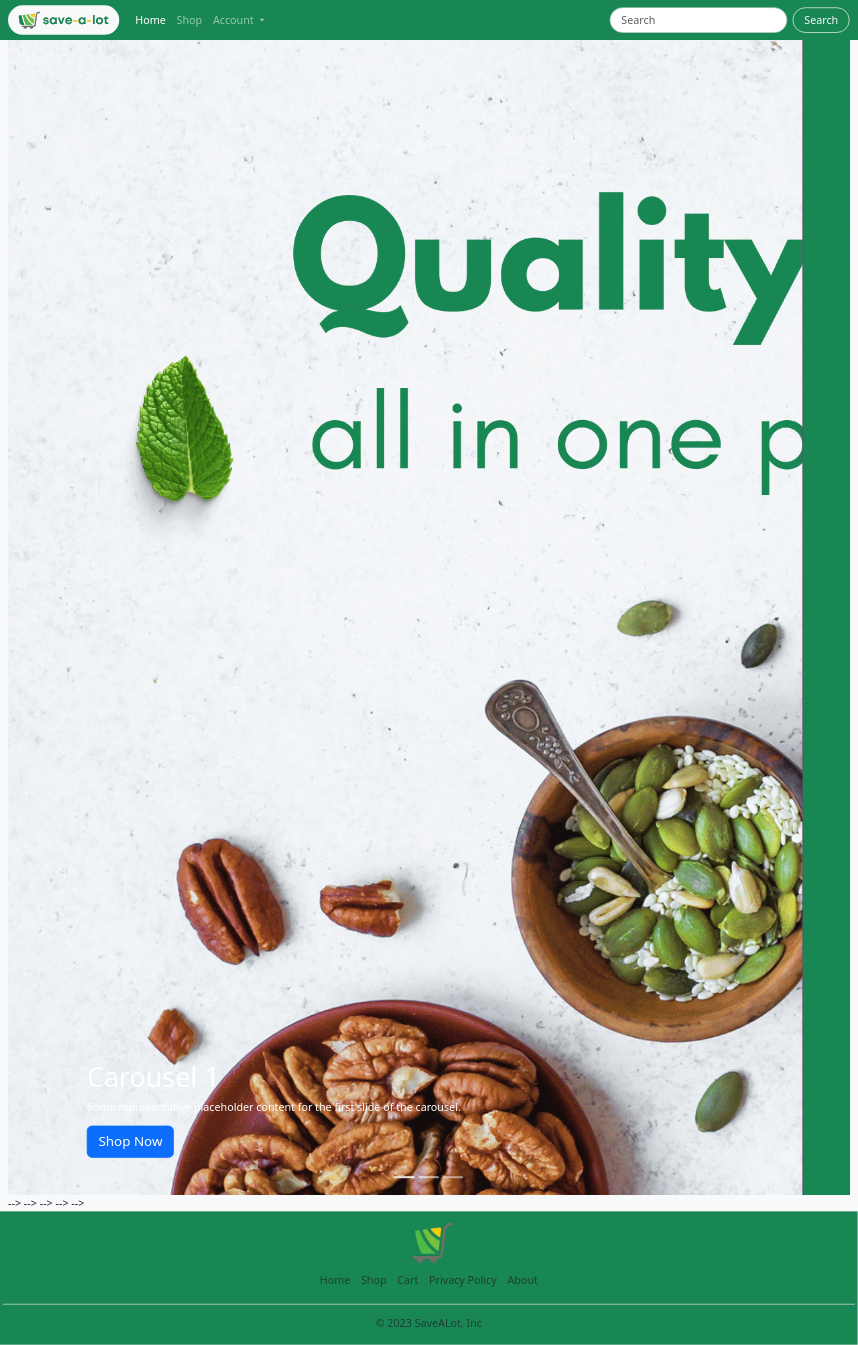
Repository: bill071194/savealot
Page: savealot/resources/views/index.blade.php
The author's editor kept a record of every edit. The page is drawn from the files as they stood at one moment, then again after the next edit.
The browser window is 1280 px wide. The pictures show the whole page, at 67% of full size.
The page is served by the project's Laravel application, run on PHP 8.4 with Laravel 10. Other server files are loaded and not shown. The template is opened directly, without the code that normally fills it, so the values that code supplies are empty.

Above is the page before.

### savealot/routes/web.php
<?php

use Illuminate\Support\Facades\Route;
use App\Http\Controllers\Auth\LoginController;
use App\Http\Controllers\Auth\RegisterController;
use App\Http\Controllers\InventoryController;
use App\Http\Controllers\OrderController;

/*
|--------------------------------------------------------------------------
| Web Routes
|--------------------------------------------------------------------------
|
| Here is where you can register web routes for your application. These
| routes are loaded by the RouteServiceProvider and all of them will
| be assigned to the "web" middleware group. Make something great!
|
*/

// Adding more default view in //
// Route::view('/index', 'index');
Route::view('/shop', 'shop');
Route::view('/login', 'login');
Route::view('/register', 'register');
// Route::view('/cart', 'cart');
Route::view('/admin', 'admin');
// Route::get('/{page}', function (string $page) {
//     return view("$page");
// });
// These might all be phased out later //



// Route::get('/', function () {
//     return view('index.html');
// });

// Route::get('/', function () {
//     return view('index');
// });

Auth::routes();

Route::get('/home', [App\Http\Controllers\HomeController::class, 'index'])->name('home');

// Route::resource('inventory',InventoryController::class)
//     ->only(['index']);

// Route::get('/inventory', [App\Http\Controllers\InventoryController::class, 'index']);
// Route::get('/inventory/{id}', [App\Http\Controllers\InventoryController::class, 'show']);
Route::get('/shop', [App\Http\Controllers\InventoryController::class, 'shop']);


Route::controller(InventoryController::class)->group(function () {
    Route::get('/', 'homepage');
    Route::get('/index', 'homepage');
    Route::get('/inventory', 'index');
    Route::get('/inventory/create', 'create');
    Route::post('/inventory/create', 'store');
    Route::get('/inventory/{id}', 'edit');
    Route::post('/inventory/{id}', 'update');
    Route::post('/inventory/{id}/destroy', 'destroy');
    Route::get('/shop/{id}', 'show');
    Route::post('/shop/{id}/addToCart', 'addToCart');
    Route::post('/shop/{id}/removeFromCart', 'removeFromCart');
    Route::get('/search', 'search');
    Route::get('/cart', 'cart');
    Route::post('/emptyCart', 'emptyCart');
});

Route::controller(OrderController::class)->group(function () {
   Route::post('/cart/checkout', 'checkOut');
});

### savealot/resources/views/layouts/base1b.blade.php
<!DOCTYPE html>
<html lang="en">
<head>
	<title>@yield('title')</title>
	<meta charset="utf-8">
	<meta name="viewport" content="width=device-width, initial-scale=1">
	<!-- CSRF Token -->
    <meta name="csrf-token" content="{{ csrf_token() }}">
	{{-- <link rel="stylesheet" href="https://cdn.jsdelivr.net/npm/bootstrap@5.3.0-alpha1/dist/css/bootstrap.min.css"> --}}
	<link rel="stylesheet" href="bootstrap.css">
	<!-- <link rel="stylesheet" href="https://cdn.jsdelivr.net/npm/bootstrap-icons@1.10.3/font/bootstrap-icons.css"> -->
	<link href="/docs/5.3/dist/css/bootstrap.min.css" rel="stylesheet" integrity="sha384-KK94CHFLLe+nY2dmCWGMq91rCGa5gtU4mk92HdvYe+M/SXH301p5ILy+dN9+nJOZ" crossorigin="anonymous">
    <link rel="canonical" href="https://getbootstrap.com/docs/5.3/examples/carousel/">
    <!-- Favicons -->
    <link rel="apple-touch-icon" href="/docs/5.3/assets/img/favicons/apple-touch-icon.png" sizes="180x180">
    <link rel="icon" href="/docs/5.3/assets/img/favicons/favicon-32x32.png" sizes="32x32" type="image/png">
    <link rel="icon" href="/docs/5.3/assets/img/favicons/favicon-16x16.png" sizes="16x16" type="image/png">
    <link rel="manifest" href="/docs/5.3/assets/img/favicons/manifest.json">
    <link rel="mask-icon" href="/docs/5.3/assets/img/favicons/safari-pinned-tab.svg" color="#712cf9">
    <link rel="icon" href="/docs/5.3/assets/img/favicons/favicon.ico">
    <meta name="theme-color" content="#712cf9">


    <style>
        .center {
        display: block;
        margin-left: auto;
        margin-right: auto;
        width: 100%;
        }

      @media (min-width: 768px) {
        .bd-placeholder-img-lg {
          font-size: 3.5rem;
        }
      }

      .b-example-divider {
        width: 100%;
        height: 3rem;
        background-color: rgba(0, 0, 0, .1);
        border: solid rgba(0, 0, 0, .15);
        border-width: 1px 0;
        box-shadow: inset 0 .5em 1.5em rgba(0, 0, 0, .1), inset 0 .125em .5em rgba(0, 0, 0, .15);
      }

      .b-example-vr {
        flex-shrink: 0;
        width: 1.5rem;
        height: 100vh;
      }

      .bi {
        vertical-align: -.125em;
        fill: currentColor;
      }

      .nav-scroller {
        position: relative;
        z-index: 2;
        height: 2.75rem;
        overflow-y: hidden;
      }

      .nav-scroller .nav {
        display: flex;
        flex-wrap: nowrap;
        padding-bottom: 1rem;
        margin-top: -1px;
        overflow-x: auto;
        text-align: center;
        white-space: nowrap;
        -webkit-overflow-scrolling: touch;
      }

      .btn-bd-primary {
        --bd-violet-bg: #712cf9;
        --bd-violet-rgb: 112.520718, 44.062154, 249.437846;

        --bs-btn-font-weight: 600;
        --bs-btn-color: var(--bs-white);
        --bs-btn-bg: var(--bd-violet-bg);
        --bs-btn-border-color: var(--bd-violet-bg);
        --bs-btn-hover-color: var(--bs-white);
        --bs-btn-hover-bg: #6528e0;
        --bs-btn-hover-border-color: #6528e0;
        --bs-btn-focus-shadow-rgb: var(--bd-violet-rgb);
        --bs-btn-active-color: var(--bs-btn-hover-color);
        --bs-btn-active-bg: #5a23c8;
        --bs-btn-active-border-color: #5a23c8;
      }

      .bd-mode-toggle {
        z-index: 1500;
      }
    </style>

    <!-- Custom styles for this template -->
    <link href="carousel.css" rel="stylesheet">
	<script src="https://cdn.jsdelivr.net/npm/bootstrap@5.3.0-alpha1/dist/js/bootstrap.bundle.min.js"></script>
	<script src="/docs/5.3/assets/js/color-modes.js"></script>
</head>

<body class="min-vh-100 d-flex flex-column bg-light bg-gradient">
	<nav class="navbar navbar-expand-sm navbar-dark bg-success fixed-top">
		<div class="container-fluid align-middle">
			<a class="navbar-brand badge text-bg-light text-success fs-5 rounded-5" href="index">
			    <img src="pics/savealot_full.png" alt="savealot_logo" style="width:140px;height:30px;">
			</a>
            <button class="navbar-toggler" type="button" data-bs-toggle="collapse" data-bs-target="#navbarSupportedContent" aria-controls="navbarSupportedContent" aria-expanded="false" aria-label="Toggle navigation">
                <span class="navbar-toggler-icon"></span>
			</button>
			<div class="collapse navbar-collapse" id="navbarSupportedContent">
                <ul class="navbar-nav me-auto">
                    <li class="nav-item">
                        <a class="nav-link @yield('activeHome')" aria-current="page" href="index">Home</a>
                    </li>
                    <li class="nav-item">
                        <a class="nav-link @yield('activeShop')" href="shop">Shop</a>
                    </li>
                    <li class="nav-item dropdown">
                        <a class="nav-link dropdown-toggle" href="#" role="button" data-bs-toggle="dropdown" aria-expanded="false">
                            @auth
                                {{Auth::user()->name}}
                            @endauth
                            @guest
                                Account
                            @endguest
                        </a>
                        <ul class="dropdown-menu mb-2">
                            @auth
                                <a class="dropdown-item" href="{{ route('logout') }}"
                                onclick="event.preventDefault();
                                document.getElementById('logout-form').submit();">
                                    {{ __('Logout') }}
                                </a>
                                <form id="logout-form" action="{{ route('logout') }}" method="POST" class="d-none">
                                    @csrf
                                </form>
                            @endauth
                            @guest
                                <li><a class="dropdown-item @yield('activeLogin')" href="/login">Login</a></li>
                                <li><a class="dropdown-item @yield('activeRegister')" href="/register">Register</a></li>
                            @endguest
                            <li><hr class="dropdown-divider"></li>
                            <li><a class="dropdown-item @yield('activeCart')" href="/cart">Cart</a></li>
                            @isset(Auth::user()->email)
                                <li><a class="dropdown-item @yield('activeOrderHistory')" href="/orderhistory">Order History</a></li>
                                @if (Auth::user()->email == "saladmin@localhost")
                                    <li><a class="dropdown-item @yield('activeAdmin')" href="/admin">Admin</a></li>
                                @endif
                            @endisset
                        </ul>
                    </li>
                </ul>
				<form class="d-flex" action="/search" method="get" role="search">
                    <input class="form-control me-2 rounded-5 px-3" type="search" name="search" placeholder="Search" aria-label="Search">
                    <input class="btn btn-outline-light rounded-5 px-3" type="submit" value="Search">
				</form>
			</div>
		</div>
	</nav>

	<main style="margin-top: 3.5rem" class="container-fluid flex-grow-1">
		@yield('main')
	</main>

<footer class="container-fluid p-1 bg-success text-center">
		<div style="margin-top: 0.5rem"></div>
		<img src="pics/savealot_cart.png" alt="savealot_logo" style="width:80px;height:70px;">
        <ul class="nav justify-content-center border-bottom pb-3 mb-3">
          <li class="nav-item">
            <a href="home" class="nav-link px-2 text-body-secondary">Home</a>
          </li>
          <li class="nav-item">
            <a href="shop" class="nav-link px-2 text-body-secondary">Shop</a>
          </li>
          <li class="nav-item">
            <a href="cart" class="nav-link px-2 text-body-secondary">Cart</a>
          </li>
          <li class="nav-item">
            <a href="privacy" class="nav-link px-2 text-body-secondary"
              >Privacy Policy</a>
          </li>
          <li class="nav-item">
            <a href="#" class="nav-link px-2 text-body-secondary">About</a>
          </li>
        </ul>
        <p class="text-center text-body-secondary">© 2023 SaveALot, Inc</p>
    </div>
	</footer>

</body>
</html>

Loaded but not shown: savealot/app/Http/Controllers/Auth/ConfirmPasswordController.php (common file); savealot/app/Http/Controllers/Controller.php (common file); savealot/public/bootstrap.css (library); savealot/resources/views/index.blade.php (128 lines, source omitted)

After the next edit:
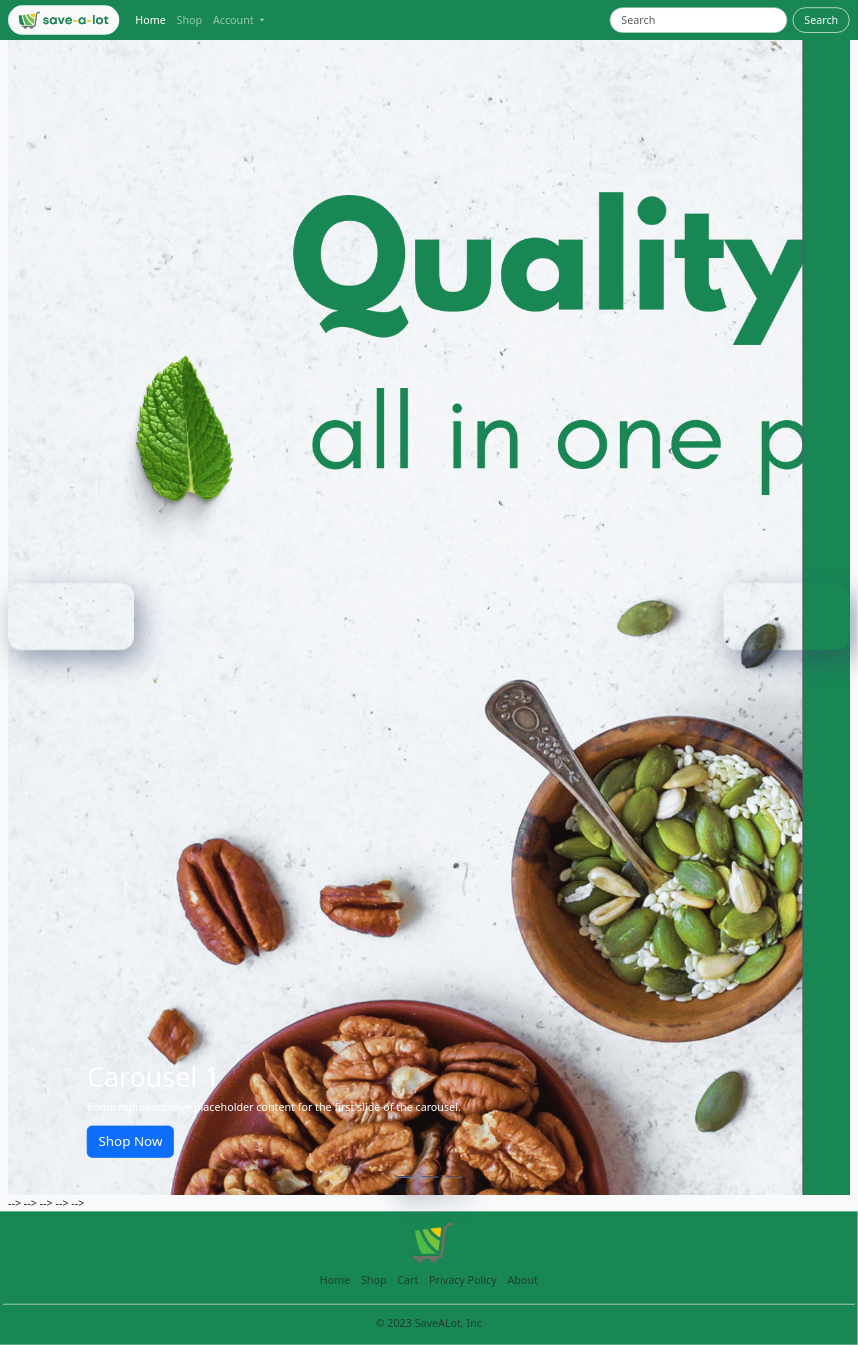
The edit:
--- a/savealot/resources/views/layouts/base1b.blade.php
+++ b/savealot/resources/views/layouts/base1b.blade.php
@@ -93,6 +93,68 @@
       .bd-mode-toggle {
         z-index: 1500;
       }
+
+      button {
+	margin: auto;
+	border-radius: 20px;
+	background-color: #667292;
+	box-shadow: 10px 15px 40px #36486b;
+	width: 300px;
+	height: 100px;
+	font-size: 50px;
+	font-family: cambria;
+	color: #bccad6;
+	border: none;
+    }
+
+    button:hover {
+    	border: none;
+    	background-color: #077739;
+    	opacity: 1;
+    	color: #36486b;
+    }
+
+    .center {
+    	margin-left: auto;
+    	margin-right: auto;
+    	margin-top: auto;
+    	margin-bottom: auto;
+    	position: ;
+    }
+
+    .btn:hover {
+    	transition: 0.5s ease-in-out;
+    	background: #8d9db6;
+    }
+
+    button {
+    	--color1: #36486b;
+    	--color2: #bccad6;
+    	font-family: cambria;
+    	text-align: center;
+    	font-size: 46px;
+    	background: repeating-linear-gradient(
+    		45deg,
+    		var(--color1),
+    		var(--color1) 30px,
+    		var(--color2) 30px,
+    		var(--color2) 60px
+    	);
+    	background-clip: text;
+    	color: transparent;
+    	-webkit-background-clip: text;
+    	animation: 40s linear 0s infinite move;
+    }
+
+    @keyframes move {
+    	from {
+    		background-position: 0px;
+    	}
+
+    	to {
+    		background-position: 1000px;
+    	}
+    }
     </style>
 
     <!-- Custom styles for this template -->

After the edit that followed:
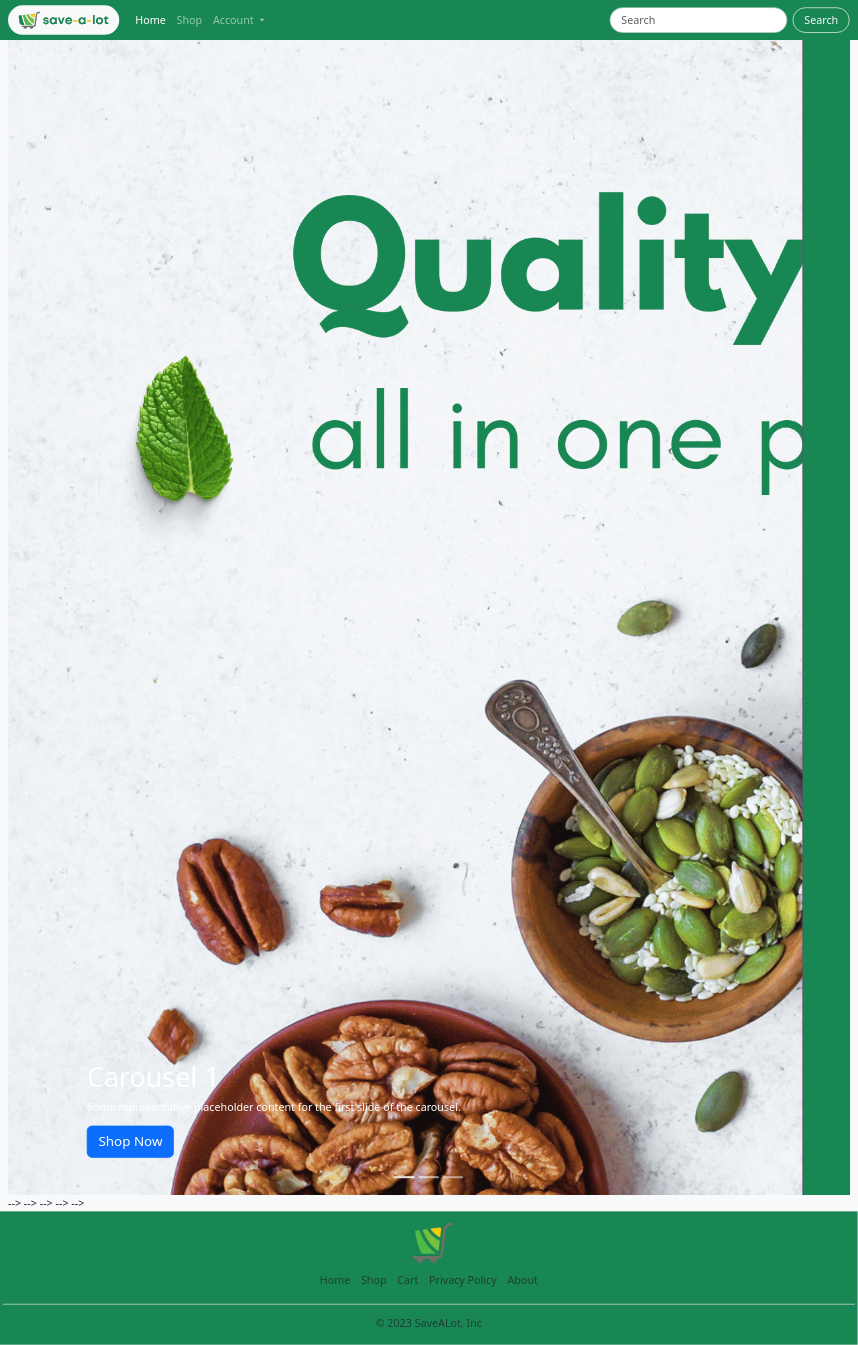
The edit:
--- a/savealot/resources/views/layouts/base1b.blade.php
+++ b/savealot/resources/views/layouts/base1b.blade.php
@@ -94,67 +94,7 @@
         z-index: 1500;
       }
 
-      button {
-	margin: auto;
-	border-radius: 20px;
-	background-color: #667292;
-	box-shadow: 10px 15px 40px #36486b;
-	width: 300px;
-	height: 100px;
-	font-size: 50px;
-	font-family: cambria;
-	color: #bccad6;
-	border: none;
-    }
-
-    button:hover {
-    	border: none;
-    	background-color: #077739;
-    	opacity: 1;
-    	color: #36486b;
-    }
-
-    .center {
-    	margin-left: auto;
-    	margin-right: auto;
-    	margin-top: auto;
-    	margin-bottom: auto;
-    	position: ;
-    }
-
-    .btn:hover {
-    	transition: 0.5s ease-in-out;
-    	background: #8d9db6;
-    }
-
-    button {
-    	--color1: #36486b;
-    	--color2: #bccad6;
-    	font-family: cambria;
-    	text-align: center;
-    	font-size: 46px;
-    	background: repeating-linear-gradient(
-    		45deg,
-    		var(--color1),
-    		var(--color1) 30px,
-    		var(--color2) 30px,
-    		var(--color2) 60px
-    	);
-    	background-clip: text;
-    	color: transparent;
-    	-webkit-background-clip: text;
-    	animation: 40s linear 0s infinite move;
-    }
-
-    @keyframes move {
-    	from {
-    		background-position: 0px;
-    	}
-
-    	to {
-    		background-position: 1000px;
-    	}
-    }
+	</style>
     </style>
 
     <!-- Custom styles for this template -->
